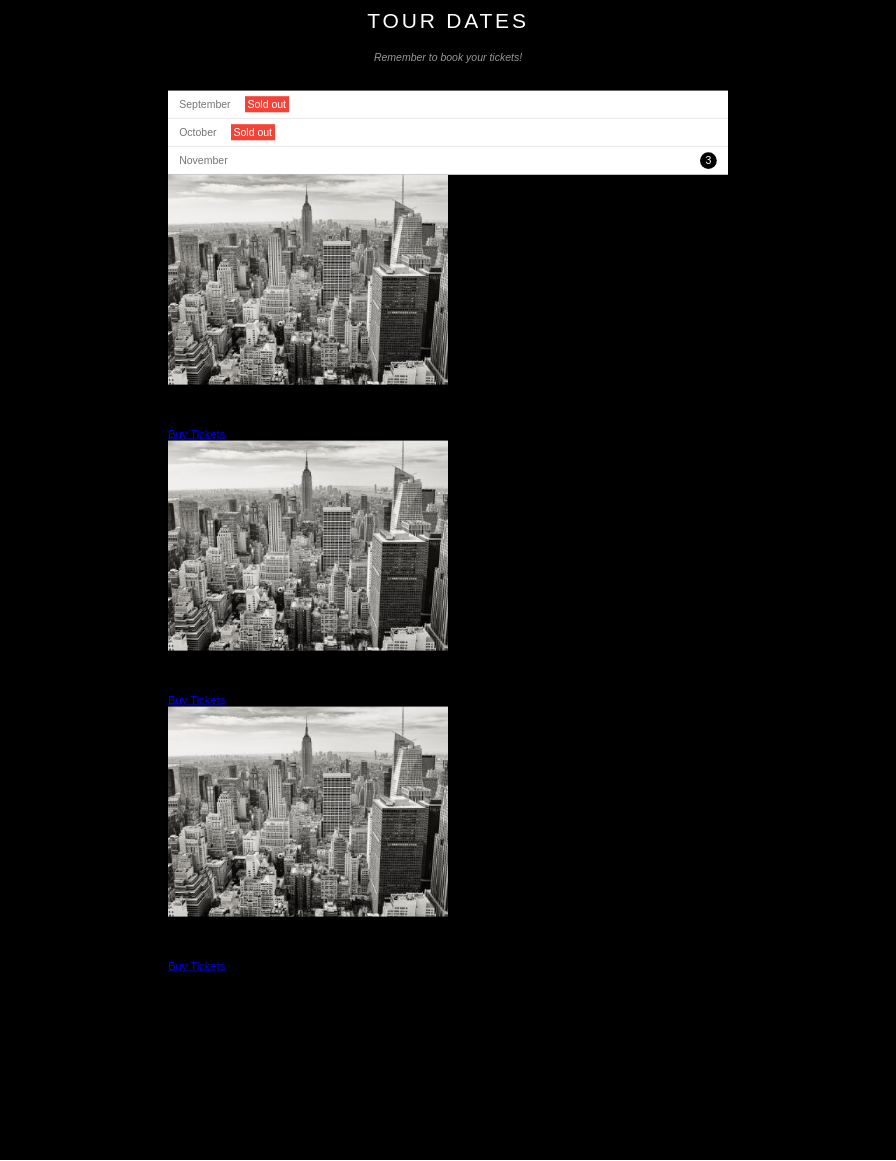
Repository: Thanhtrunghoang123/the-band
Page: index.html
An editor plug-in stored every save of this project. The page is shown before and after the next save, followed by the edit.
The browser window is 1280 px wide. The pictures show the part of the page from y = 1328 to 3248 px (the page is 2986 px tall before and 3886 px after), at 70% of full size.

Above is the page before, as saved 2022-07-21 08:00:48.

### index.html
<!DOCTYPE html>
<html lang="en">
<head>
    <meta charset="UTF-8">
    <meta http-equiv="X-UA-Compatible" content="IE=edge">
    <meta name="viewport" content="width=device-width, initial-scale=1.0">
    <title>Document</title>
    <link rel="stylesheet" href="./assest/css/style.css">
    <link rel="stylesheet" href="./assest/fonts/themify-icons/themify-icons.css">



</head>
<body>
    <div id="main">
        <div id="header">
            <!-- Begin: Nav -->
            <ul id="nav">
                <li><a href="">Home</a></li>
                <li><a href="">Band</a></li>
                <li><a href="">Tour</a></li>
                <li><a href="">Contact</a></li>
                <li>
                    <a href="">
                        More
                        <i class=" nav-arrow-down ti-angle-down"></i>

                    </a>
                    <ul class="subnav">
                        <li><a href="">Merchandise</a></li>
                        <li><a href="">Extras</a></li>
                        <li><a href="">Media</a></li>
                    </ul>
                </li>
            </ul>
            <!-- End: Nav -->

            <!-- Begin: Search button -->
            <div class="search-btn">
                <i class=" search-icon ti-search"></i>
            </div>
            <!-- End: Search button -->



        </div>

        <div id="slider">
            <div class="text-content">
                <h2 class="text-heading">Chicago</h2>
                <div class="text-description">Thank you, Chicago - A night we won't forget.</div>

            </div>
        </div>

        <div id="content">
            <!-- About section -->
            <div class="content-section">
                <h2 class="section-heading">THE BAND</h2>
                <p class="section-sub-heading">We love music</p>
                <p class="about-text">We have created a fictional band website. Lorem ipsum dolor sit amet, consectetur adipiscing elit, sed do eiusmod tempor incididunt ut labore et dolore magna aliqua. Ut enim ad minim veniam, quis nostrud exercitation ullamco laboris nisi ut aliquip ex ea commodo consequat. Duis aute irure dolor in reprehenderit in voluptate velit esse cillum dolore eu fugiat nulla pariatur. Excepteur sint occaecat cupidatat non proident, sunt in culpa qui officia deserunt mollit anim id est laborum consectetur adipiscing elit, sed do eiusmod tempor incididunt ut labore et dolore magna aliqua. Ut enim ad minim veniam, quis nostrud exercitation ullamco laboris nisi ut aliquip ex ea commodo consequat.</p>
                <div class="members-list">
                    <div class="member-item">
                        <p class="member-name">Name</p>
                        <img src="./assest/img/band/member1.jpg" alt="Name" class="member-img">
                    </div>
                    <div class="member-item">
                        <p class="member-name">Name</p>
                        <img src="./assest/img/band/member1.jpg" alt="Name" class="member-img">
                    </div>
                    <div class="member-item">
                        <p class="member-name">Name</p>
                        <img src="./assest/img/band/member1.jpg" alt="Name" class="member-img">
                    </div>
                    <div class="clear"></div>
                </div>
            </div>
            <!-- Tour section -->
            <div class="tour-section">
                <div class="content-section">
                    <h2 class="section-heading text-white">TOUR DATES</h2>
                    <p class="section-sub-heading text-white">Remember to book your tickets!</p>

                    <!-- Tickets  -->
                    <ul class="tickets-list">
                        <li>September <span class="sold-out">Sold out</span></li>
                        <li>October <span class="sold-out">Sold out</span></li>
                        <li>November <span class="quantity">3</span></li>
                    </ul>

                    <!-- Places -->
                    <div class="places-list">
                        <div class="place-item">
                            <img src="./assest/img/places/place1.jpg" alt="" class="place-img">
                            <div class="place-body">
                                <h3 class="place-heading">New York</h3>
                                <p class="-place-time">Fri 27 Nov 2022</p>
                                <p class="place-desc">Praesent tincidunt sed tellus ut rutrum sed vitae justo.</p>
                                <a href="#" class="place-buy-btn">Buy Tickets</a>
                            </div>

                            <div class="place-item">
                                <img src="./assest/img/places/place1.jpg" alt="" class="place-img">
                                <div class="place-body">
                                    <h3 class="place-heading">New York</h3>
                                    <p class="-place-time">Fri 27 Nov 2022</p>
                                    <p class="place-desc">Praesent tincidunt sed tellus ut rutrum sed vitae justo.</p>
                                    <a href="#" class="place-buy-btn">Buy Tickets</a>
                                </div>

                                <div class="place-item">
                                    <img src="./assest/img/places/place1.jpg" alt="" class="place-img">
                                    <div class="place-body">
                                        <h3 class="place-heading">New York</h3>
                                        <p class="-place-time">Fri 27 Nov 2022</p>
                                        <p class="place-desc">Praesent tincidunt sed tellus ut rutrum sed vitae justo.</p>
                                        <a href="#" class="place-buy-btn">Buy Tickets</a>
                                    </div>
                    </div>
                </div>
            </div>
            <!-- Contact section -->
            <div class="content-section">
                <h2 class="section-heading">CONTACT</h2>
                <p class="section-sub-heading">Fan? Drop a note!</p>
            </div>
            <!-- Contact section -->

        </div>

        <div id="footer">

        </div>
    </div>
</body>
</html>

### assest/css/style.css
*{
    margin: 0;
    padding: 0;
    box-sizing: border-box;
}

html{
    font-family: Arial, Helvetica, sans-serif;
}
.text-white{
    color: #fff !important;
}
.clear{
    clear: both;
}
#main{

}

#header{
    height: 46.5px;
    background-color: #000;
    position: fixed;
    top: 0;
    left: 0;
    right: 0;
    z-index: 1;
}
#nav {
    display: inline-block;
}
#nav , .subnav{
    list-style: none;
}
#nav > li{
    display: inline-block;
}

#nav li{
    position: relative;
}

#nav > li > a {
    color: #fff;
    text-transform: uppercase;
}
#nav li a{
    text-decoration: none;
    line-height: 46.5px;
    padding: 0px 24px;
    display: block;
}

#nav li:hover .subnav{
    display: block;
}
#nav > li:hover > a,
#nav .subnav li:hover a{
    color: #000;
    background-color: #ccc;
}

#nav .subnav{
    display: none;
    position: absolute;
    top: 100%;
    background-color: #fff;
    box-shadow: 0 0 10px rgba(0 , 0 , 0 ,0.3);
}
#nav .subnav a{
    color: #000;
    min-width: 160px;
    padding:  0px 12px;
    line-height: 38.5px;
}
#nav .nav-arrow-down{
    font-size: 14px;
}
#header .search-btn{
    float:right;
    padding: 0 21px;
}
#header .search-btn:hover {
    background-color: #f44336;
    cursor: pointer;
}
#header .search-icon {
    color: #fff;
    font-size: 20px;
    line-height: 46px;
}
#slider{
    position: relative;
    margin-top: 46px;
    padding-top:50%;
    background: url(/assest/img/slider/chicago.jpg) top center /cover no-repeat;
}

#slider .text-content{
    position: absolute;
    bottom: 0;
    color: #fff;
    /* cách căn giữa 1 */
    /* left: 50%;
    transform: translateX(-50%); */
    /* Cách căn giữa 2 */
    width: 100%;
    text-align: center;
}

#slider .text-heading{
    font-weight: 500 ;
    font-size: 24px;
}

#slider .text-description{
    font-size: 15px;
    margin-top: 25px;
}

#content{

}

#content .content-section{
    width: 800px;
    margin-left: auto;
    margin-right: auto;
    padding: 64px 0;
}

#content .section-heading{
    font-size: 30px;
    font-weight: 500;
    text-align: center;
    letter-spacing:  4px;
}

#content .section-sub-heading{
    font-size: 15px;
    text-align: center;
    margin-top: 25px;
    font-style: italic;
    opacity: 0.6;

}

#content .about-text{
    font-size: 15px;
    margin-top: 25px;
    text-align: justify;
    line-height: 1.4;

}

#content .members-list{
    margin-top: 47px;
    /* display: flex; */
    overflow: hidden;
}

#content .member-item{
    float: left;
    /* /* margin: auto; */
    width: calc(100%/3);
    text-align: center;

}

#content .member-name{
    font-size: 15px;
}

#content .member-img{
    width: 154px;
    margin-top: 15px;
    border-radius: 4px;
}
/* Tour section  */
.tour-section{
    background-color: #000;
}

.tickets-list{
    background-color: #fff;
    margin-top: 40px;
}

.tickets-list li {
    color: #757575;
    font-size: 15px;
    padding: 11px 16px;
    border-bottom: 1px solid #ddd;
    list-style: none;
}

.tickets-list .sold-out{
    background-color: #f44336;
    color: #fff ;
    padding: 3px 4px;
    margin-left: 16px;
}

.tickets-list .quantity{
    float: right;
    width: 24px;
    height: 24px;
    background-color: #000;
    color: #fff;
    border-radius: 50%;
    text-align: center;
    line-height: 24px;
    margin-top: -3px;

}
/* Places */
.place-list {
    margin: 32px -8px 48px;
  }

.place-items {
    float: left;
    width: 33.33333%;
    padding: 0 8px;
}
.place-img{

}

.place-body{

}

.place-heading{

}

.place-time{

}

.place-desc{

}

.place-buy-btn{

}

#footer{

}

Loaded but not shown: assest/fonts/themify-icons/themify-icons.css (common file)

After the next save:
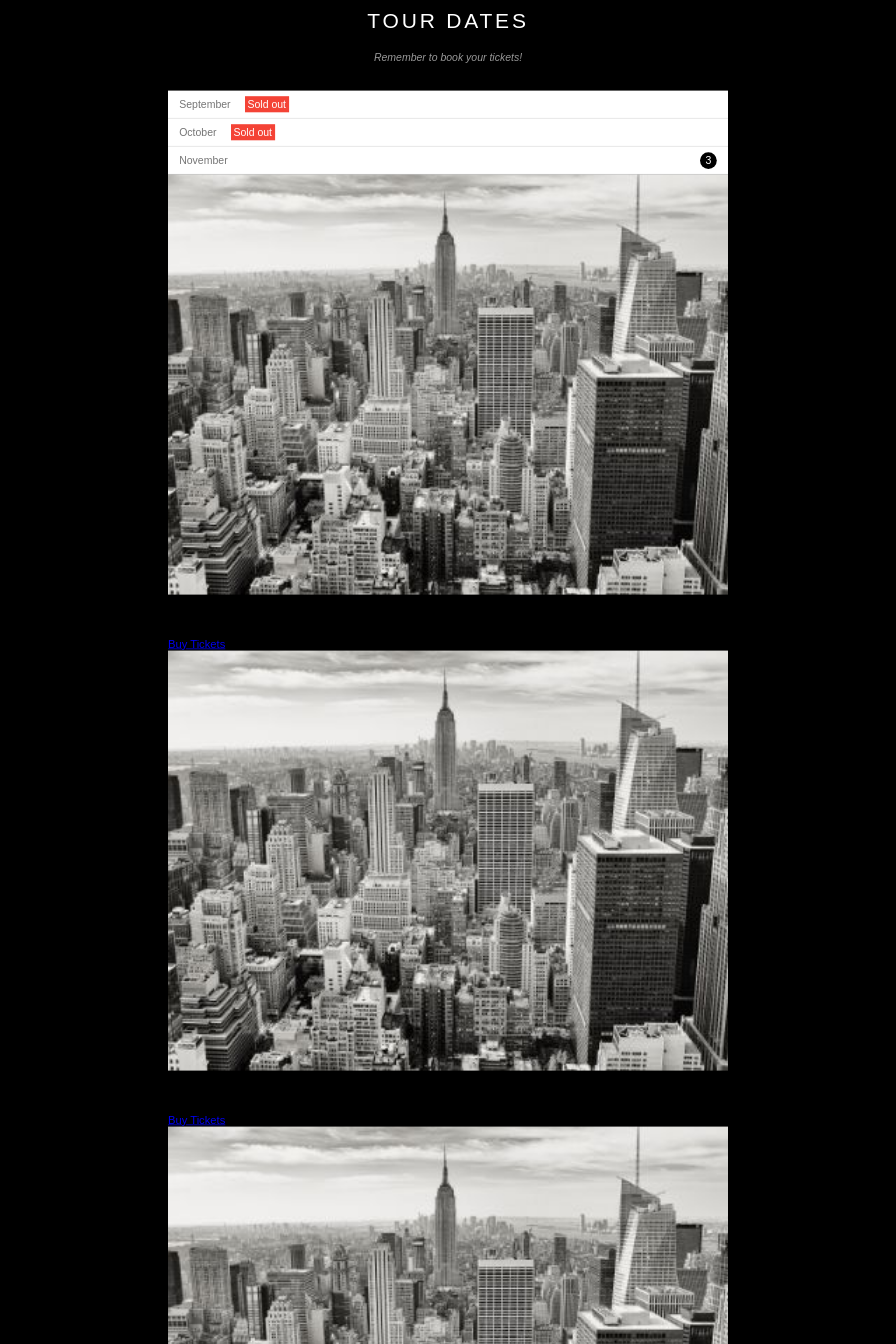
Saved 74 s later.
--- a/assest/css/style.css
+++ b/assest/css/style.css
@@ -215,16 +215,16 @@ html{
 }
 /* Places */
 .place-list {
-    margin: 32px -8px 48px;
-  }
+    margin: 32px;
+}
 
 .place-items {
     float: left;
     width: 33.33333%;
-    padding: 0 8px;
+
 }
 .place-img{
-
+    width: 100%;
 }
 
 .place-body{
